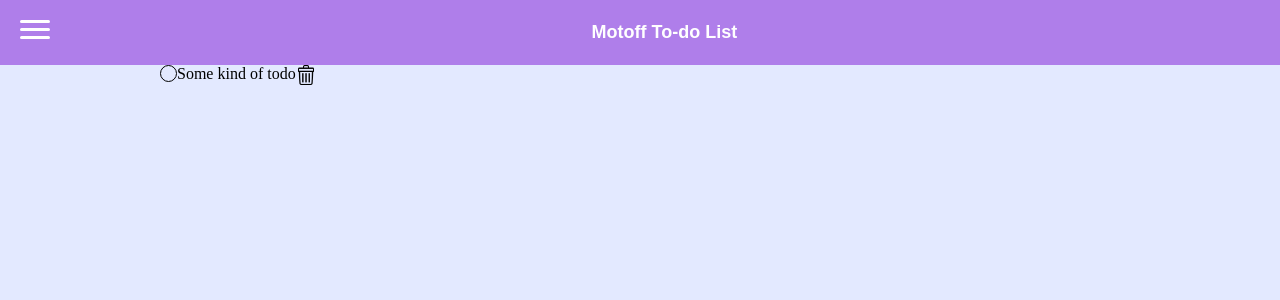
Repository: Amad-Mlinka/Todo-List-Vanilla-JS
Page: index.html
The author's editor kept a copy of each file at every save. The page is drawn from the files as they stood at one save, then again after the next save.
The browser window is 1280 px wide. The pictures show the whole page.
The page's requests for data from a server got no answer.

Above is the page before, as saved 2021-09-15 00:49:03.

### index.html
<!DOCTYPE html>
<html lang="en">
  <head>
    <meta charset="UTF-8" />
    <meta http-equiv="X-UA-Compatible" content="IE=edge" />
    <meta name="viewport" content="width=device-width, initial-scale=1.0" />
    <title>ToDo list</title>
    <link rel="stylesheet" href="/styles/style.css">
    <link rel="stylesheet" href="/styles/hamburger.css">
    <link rel="stylesheet" href="/styles/header.css">
    <script src="script.js"></script>
  </head>
  <body>
    <div class="headerContainer">
      <div class="header">
        <div class="hamburger" id="hamburger">
          <span></span>
          <span></span>
          <span></span>
        </div>
        <div class="titleContainer">
            <span class="title">Motoff To-do List</span>
        </div>
      </div>

      <div class="sidebar"></div>
    </div>
    <div class="container">
      <div class="listContainer">
        <div class="list">
            <div class="todoItem">
                <div class="todoCheck"><span class="checkCircle"></span></div>
                <div class="todoDescription"><span class="todoText">Some kind of todo</span></div>
                <div class="todoDelete">
                    <div class="deleteIconContainer"><img class="deleteIcon" src="/public/images/trash.png" alt=""></div>
                    <div class="deleteTooltip"></div>
                </div>
            </div>

        </div>
        <div class="addBtnContainer">
          <div class="addTaskBtn">

          </div>
        </div>
      </div>
    </div>
  </body>
</html>

### styles/style.css
* {
  padding: 0;
  margin: 0;
}

body{
  background-color: RGB(227, 233, 255)
}
.container{
  width: 75%;
  margin: auto;
  height: 100%;
}
.list{
  display: flex;
  flex-direction: column;
}
.todoItem{
  display: flex;
  flex-direction: row;
}

.deleteIcon{
  width: 20px;
}
.checkCircle{
  height: 15px;
  width: 15px;
  background-color: transparent;
  border: 1px solid black;
  border-radius: 50%;
  display: inline-block;
}

### styles/hamburger.css

  .hamburger {
    width: 30px;
    height: 25px;
    position: relative;
    -webkit-transform: rotate(0deg);
    -moz-transform: rotate(0deg);
    -o-transform: rotate(0deg);
    transform: rotate(0deg);
    -webkit-transition: 0.5s ease-in-out;
    -moz-transition: 0.5s ease-in-out;
    -o-transition: 0.5s ease-in-out;
    transition: 0.5s ease-in-out;
    cursor: pointer;
    margin: 10px;
  }

  .hamburger span {
    position: absolute;
    height: 3px;
    width: 30px;
    background: white;
    border-radius: 10px;
    opacity: 1;
    left: 0;
    -webkit-transform: rotate(0deg);
    -moz-transform: rotate(0deg);
    -o-transform: rotate(0deg);
    transform: rotate(0deg);
    -webkit-transition: 0.25s ease-in-out;
    -moz-transition: 0.25s ease-in-out;
    -o-transition: 0.25s ease-in-out;
    transition: 0.25s ease-in-out;
  }


  .hamburger span:nth-child(1) {
  top: 0px;
  -webkit-transform-origin: left center;
  -moz-transform-origin: left center;
  -o-transform-origin: left center;
  transform-origin: left center;
  }

  .hamburger span:nth-child(2) {
  top: 8px;
  -webkit-transform-origin: left center;
  -moz-transform-origin: left center;
  -o-transform-origin: left center;
  transform-origin: left center;
  }

  .hamburger span:nth-child(3) {
  top: 16px;
  -webkit-transform-origin: left center;
  -moz-transform-origin: left center;
  -o-transform-origin: left center;
  transform-origin: left center;
  }

  .hamburger.open span:nth-child(1) {
  -webkit-transform: rotate(45deg);
  -moz-transform: rotate(45deg);
  -o-transform: rotate(45deg);
  transform: rotate(45deg);
  top: -3px;
  left: 4px;
  }

  .hamburger.open span:nth-child(2) {
  width: 0%;
  opacity: 0;
  }

  .hamburger.open span:nth-child(3) {
  -webkit-transform: rotate(-45deg);
  -moz-transform: rotate(-45deg);
  -o-transform: rotate(-45deg);
  transform: rotate(-45deg);
  top: 18px;
  left: 4px;
  }

### styles/header.css
.header{
    display: flex;
    flex-direction: row;
    justify-content:space-between;
    background-color:#af7eea;
    padding: 10px;
}
.titleContainer{
    width: 100%;
    display: flex;
}
.title{
    color: white;
    margin: auto;
    font-family: sans-serif;
    font-size:18px;
    font-weight: bolder;
}

### script.js
var getTodos = async () => {
    var res = await fetch("https://jsonplaceholder.typicode.com/todos");
    var todosFull = await res.json();
    var todos=todosFull.slice(0, 20);
    console.log("Todos loaded")
    return todos;
}

document.addEventListener("DOMContentLoaded", async function () {
    const hamburger = document.getElementById("hamburger");
    hamburger.addEventListener("click", function () {
        if (this.classList.contains("open")) {
            this.classList.remove("open")
        } else {
            this.classList.add("open")
        }

    })
    console.log("Hamburger loaded");
    todos = await getTodos();





});

After the next save:
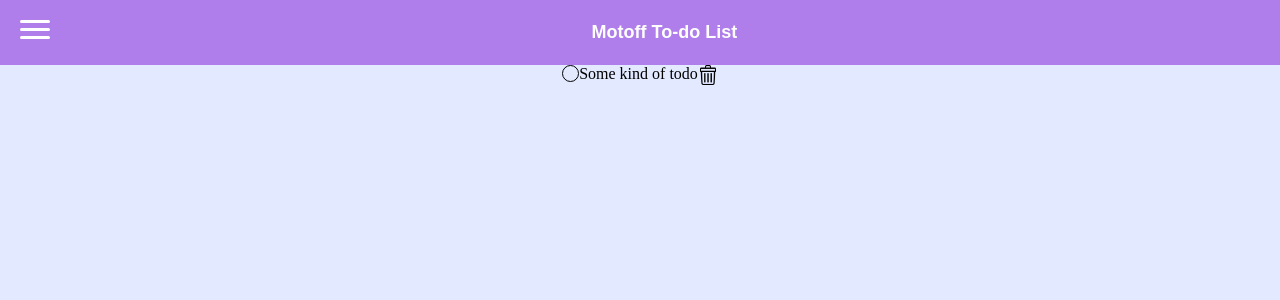
Saved 32 s later.
--- a/styles/style.css
+++ b/styles/style.css
@@ -10,6 +10,9 @@ body{
   width: 75%;
   margin: auto;
   height: 100%;
+  display: flex;
+  flex-direction: column;
+  align-items: center;
 }
 .list{
   display: flex;
